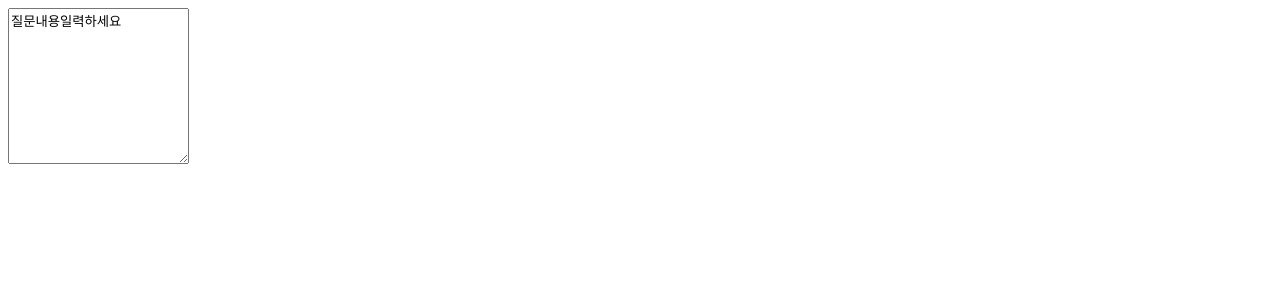
Repository: smandkd/Multicampus_Frontend
Page: http://localhost/Mulcam_Project/jsp/write.jsp
The author's editor kept a copy of each file at every save. The page is drawn from the files as they stood at one save, then again after the next save.
The browser window is 1280 px wide. The pictures show the whole page.
The page is served by Tomcat 9.

Above is the page before, as saved 2022-02-03 01:09:08.

### Mulcam_Project/jsp/write.jsp
<%@ page contentType="text/html; charset=utf-8"
    pageEncoding="EUC-KR"%>
<!DOCTYPE html>
<html>
<head>

</head>
<body>
<div>
	<textarea rows="10">질문내용일력하세요</textarea>
</div>
</body>
</html>

After the next save:
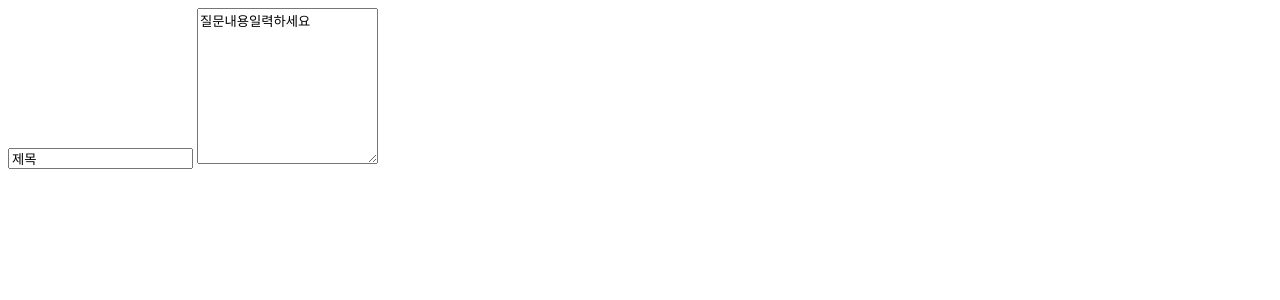
Saved 49 s later.
--- a/Mulcam_Project/jsp/write.jsp
+++ b/Mulcam_Project/jsp/write.jsp
@@ -7,7 +7,9 @@
 </head>
 <body>
 <div>
+	<input type="text" name="" value="제목"/>
 	<textarea rows="10">질문내용일력하세요</textarea>
+
 </div>
 </body>
 </html>
